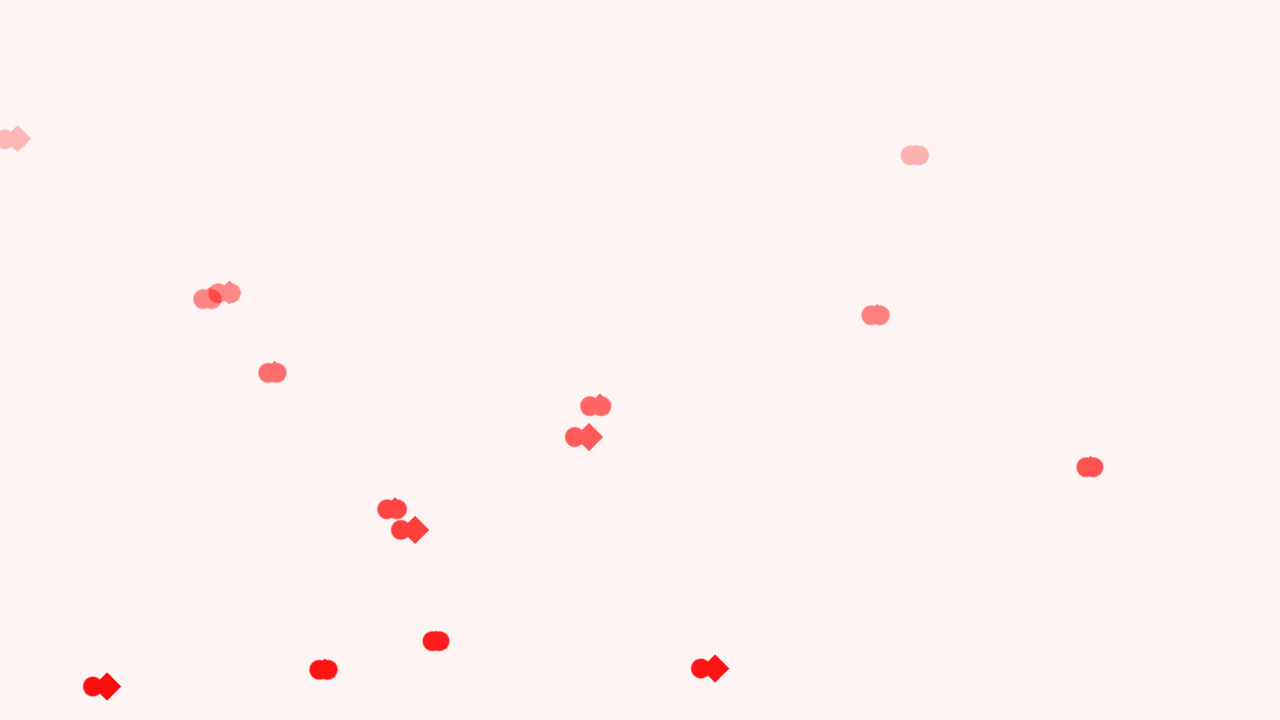
Repository: Jchimbo99/Esposa
Page: index.html
The author's editor kept a copy of each file at every save. The page is drawn from the files as they stood at one save, then again after the next save.
The browser window is 1280 px wide. The pictures show the whole page.

Above is the page before, as saved 2025-01-24 09:23:20.

After the next save:
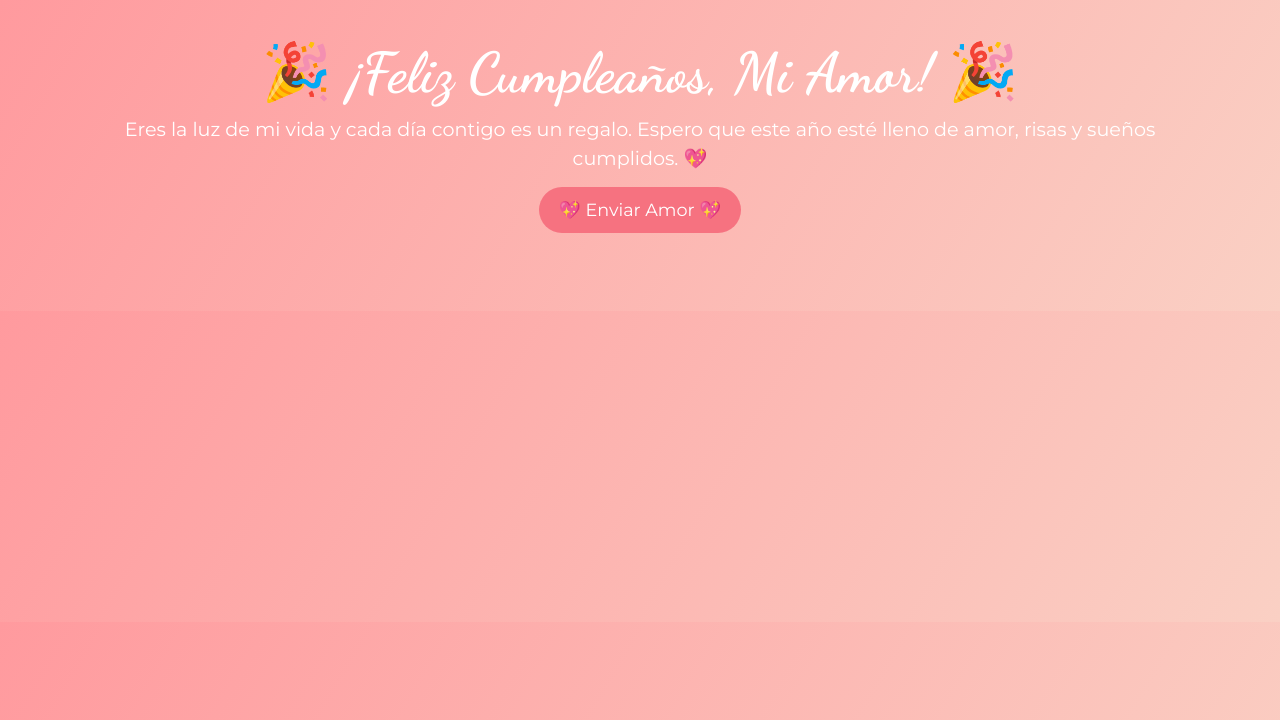
Saved 22 s later.
--- a/index.html
+++ b/index.html
@@ -1,13 +1,80 @@
 <!DOCTYPE html>
 <html lang="en">
 <head>
-  <meta charset="UTF-8">
-  <meta name="viewport" content="width=device-width, initial-scale=1.0">
-  <title>Corazones Flotantes</title>
-  <link rel="stylesheet" href="styles.css">
+    <meta charset="UTF-8">
+    <meta name="viewport" content="width=device-width, initial-scale=1.0">
+    <title>¡Feliz Cumpleaños, Amor!</title>
+    <!-- Bootstrap CSS -->
+    <link href="https://cdn.jsdelivr.net/npm/bootstrap@5.3.0-alpha3/dist/css/bootstrap.min.css" rel="stylesheet">
+    <!-- Google Fonts -->
+    <link href="https://fonts.googleapis.com/css2?family=Dancing+Script:wght@700&family=Montserrat:wght@400;700&display=swap" rel="stylesheet">
+    <!-- Custom CSS -->
+    <style>
+        body {
+            background: linear-gradient(120deg, #ff9a9e, #fad0c4);
+            font-family: 'Montserrat', sans-serif;
+            color: #fff;
+            text-align: center;
+            padding: 20px;
+        }
+        h1 {
+            font-family: 'Dancing Script', cursive;
+            font-size: 3.5rem;
+            margin-top: 20px;
+        }
+        p {
+            font-size: 1.2rem;
+        }
+        .btn-custom {
+            background-color: #f67280;
+            border: none;
+            color: white;
+            padding: 10px 20px;
+            font-size: 1.1rem;
+            border-radius: 50px;
+            transition: transform 0.3s, box-shadow 0.3s;
+        }
+        .btn-custom:hover {
+            background-color: #c06c84;
+            transform: scale(1.1);
+            box-shadow: 0 4px 15px rgba(0, 0, 0, 0.2);
+        }
+        .balloons {
+            animation: float 4s infinite ease-in-out;
+        }
+        @keyframes float {
+            0%, 100% {
+                transform: translateY(0);
+            }
+            50% {
+                transform: translateY(-20px);
+            }
+        }
+    </style>
 </head>
 <body>
-  <div id="container"></div>
-  <script src="script.js"></script>
+    <div class="container">
+        <h1>🎉 ¡Feliz Cumpleaños, Mi Amor! 🎉</h1>
+        <p>Eres la luz de mi vida y cada día contigo es un regalo. Espero que este año esté lleno de amor, risas y sueños cumplidos. 💖</p>
+        <div class="mt-4">
+            <button class="btn btn-custom balloons" onclick="showLove()">💖 Enviar Amor 💖</button>
+        </div>
+        <div id="hearts" class="mt-5"></div>
+    </div>
+
+    <!-- Bootstrap JS -->
+    <script src="https://cdn.jsdelivr.net/npm/bootstrap@5.3.0-alpha3/dist/js/bootstrap.bundle.min.js"></script>
+    <!-- Custom JavaScript -->
+    <script>
+        function showLove() {
+            const heartsContainer = document.getElementById('hearts');
+            const heart = document.createElement('div');
+            heart.innerHTML = '❤️';
+            heart.style.fontSize = '2rem';
+            heart.style.animation = 'float 3s ease-in-out infinite';
+            heart.style.marginTop = '10px';
+            heartsContainer.appendChild(heart);
+        }
+    </script>
 </body>
 </html>
